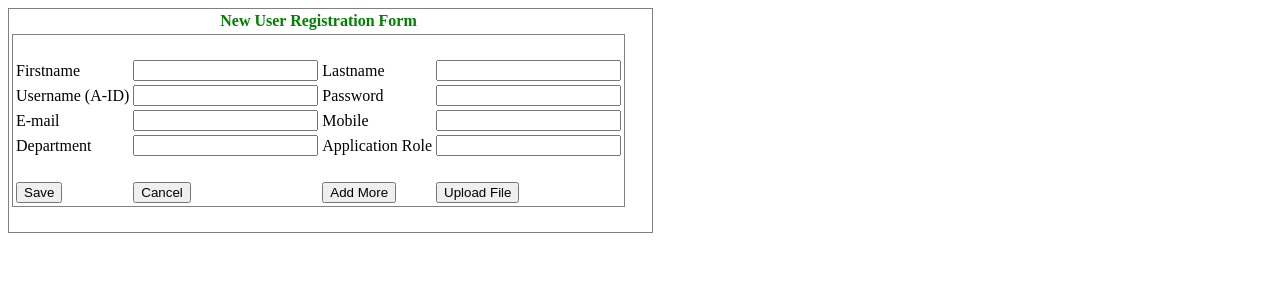
Repository: guribrar/enrolmentapp
Page: http://localhost/enrolmentapp/newuser.jsp
The author's editor kept a copy of each file at every save. The page is drawn from the files as they stood at one save, then again after the next save.
The browser window is 1280 px wide. The pictures show the whole page.
The page is served by Tomcat 9. Other server files are loaded and not shown. Queries for data that is not in the repository find no rows.

Above is the page before, as saved 2016-12-31 13:52:01.

### enrolmentapp/WebContent/newuser.jsp
<%@ page language="java" contentType="text/html; charset=ISO-8859-1"
    pageEncoding="ISO-8859-1"%>
<!DOCTYPE html PUBLIC "-//W3C//DTD HTML 4.01 Transitional//EN" "http://www.w3.org/TR/html4/loose.dtd">
<html>
<head>
<meta http-equiv="Content-Type" content="text/html; charset=ISO-8859-1">
<title>New User Registration</title>
</head>
<body>
<table frame="box">
	<tr>
		<th><font color="green">New User Registration Form</font></th>
	</tr>
	<tr>
		<td>
			<form action="UserRegistrationServlet">
			<table frame="box">
				<tr>
					<td>&nbsp;</td>
					<td>&nbsp;</td>
					<td>&nbsp;</td>
					<td>&nbsp;</td>
				</tr>
				<tr>
					<td>Firstname</td>
					<td><input type="text" name="firstname" value="" /></td>
					<td>Lastname</td>
					<td><input type="text" name="lastname" value="" /></td>
				</tr>
				<tr>
					<td>Username (A-ID)</td>
					<td><input type="text" name="username" value="" /></td>
					<td>Password</td>
					<td><input type="password" name="password" value="" /></td>
				</tr>
				<tr>
					<td>E-mail</td>
					<td><input type="text" name="email" value="" /></td>
					<td>Mobile</td>
					<td><input type="text" name="mobile" value="" /></td>
				</tr>
				<tr>
					<td>Department</td>
					<td><input type="text" name="email" value="" /></td>
					<td>Application Role</td>
					<td><input type="text" name="mobile" value="" /></td>
				</tr>
				<tr>
					<td>&nbsp;</td>
					<td>&nbsp;</td>
					<td>&nbsp;</td>
					<td>&nbsp;</td>
				</tr>
				<tr>
					<td><input type="submit" name="save" value="Save"/></td>
					<td><input type="submit" name="Cancel" value="Cancel"/></td>
					<td><input type="submit" name="addmore" value="Add More"/></td>
					<td><input type="submit" name="uploadfile" value="Upload File"/></td>
				</tr>
			</table>
			</form>
		</td>
	</tr>
	<tr>
		<td>&nbsp;</td>
		<td>&nbsp;</td>
		<td>&nbsp;</td>
		<td>&nbsp;</td>
	</tr>
</table>
</body>
</html>

After the next save:
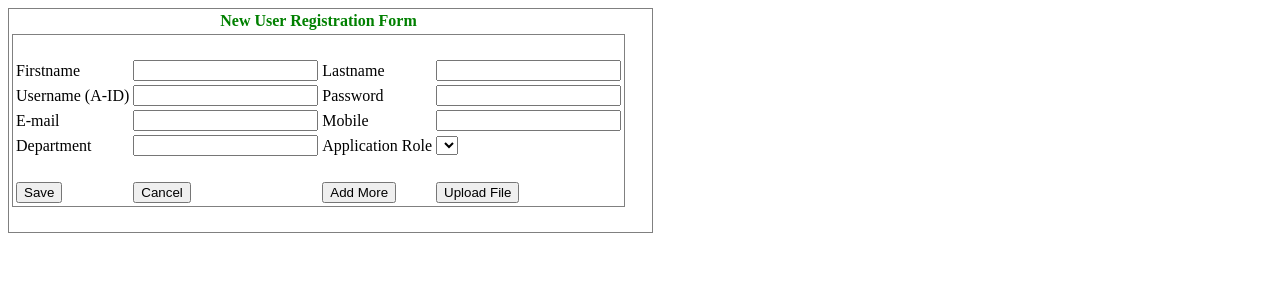
Saved 2 min 49 s later.
--- a/enrolmentapp/WebContent/newuser.jsp
+++ b/enrolmentapp/WebContent/newuser.jsp
@@ -1,6 +1,14 @@
 <%@ page language="java" contentType="text/html; charset=ISO-8859-1"
     pageEncoding="ISO-8859-1"%>
+<%@ taglib uri="http://java.sun.com/jsp/jstl/sql" prefix="sql" %>
+<%@ taglib uri="http://java.sun.com/jsp/jstl/core" prefix="c" %>
+
 <!DOCTYPE html PUBLIC "-//W3C//DTD HTML 4.01 Transitional//EN" "http://www.w3.org/TR/html4/loose.dtd">
+
+<sql:query var="rs" dataSource="jdbc/enrolmentapp">
+	select role from enrolmentapp.role
+</sql:query>
+
 <html>
 <head>
 <meta http-equiv="Content-Type" content="text/html; charset=ISO-8859-1">
@@ -43,7 +51,13 @@
 					<td>Department</td>
 					<td><input type="text" name="email" value="" /></td>
 					<td>Application Role</td>
-					<td><input type="text" name="mobile" value="" /></td>
+					<td>
+						<select name="role">
+							<c:forEach var="row" items="${rs.rows}">
+    							<option value="${row.role}">${row.role}</option>
+							</c:forEach>
+						</select>
+					</td>
 				</tr>
 				<tr>
 					<td>&nbsp;</td>
